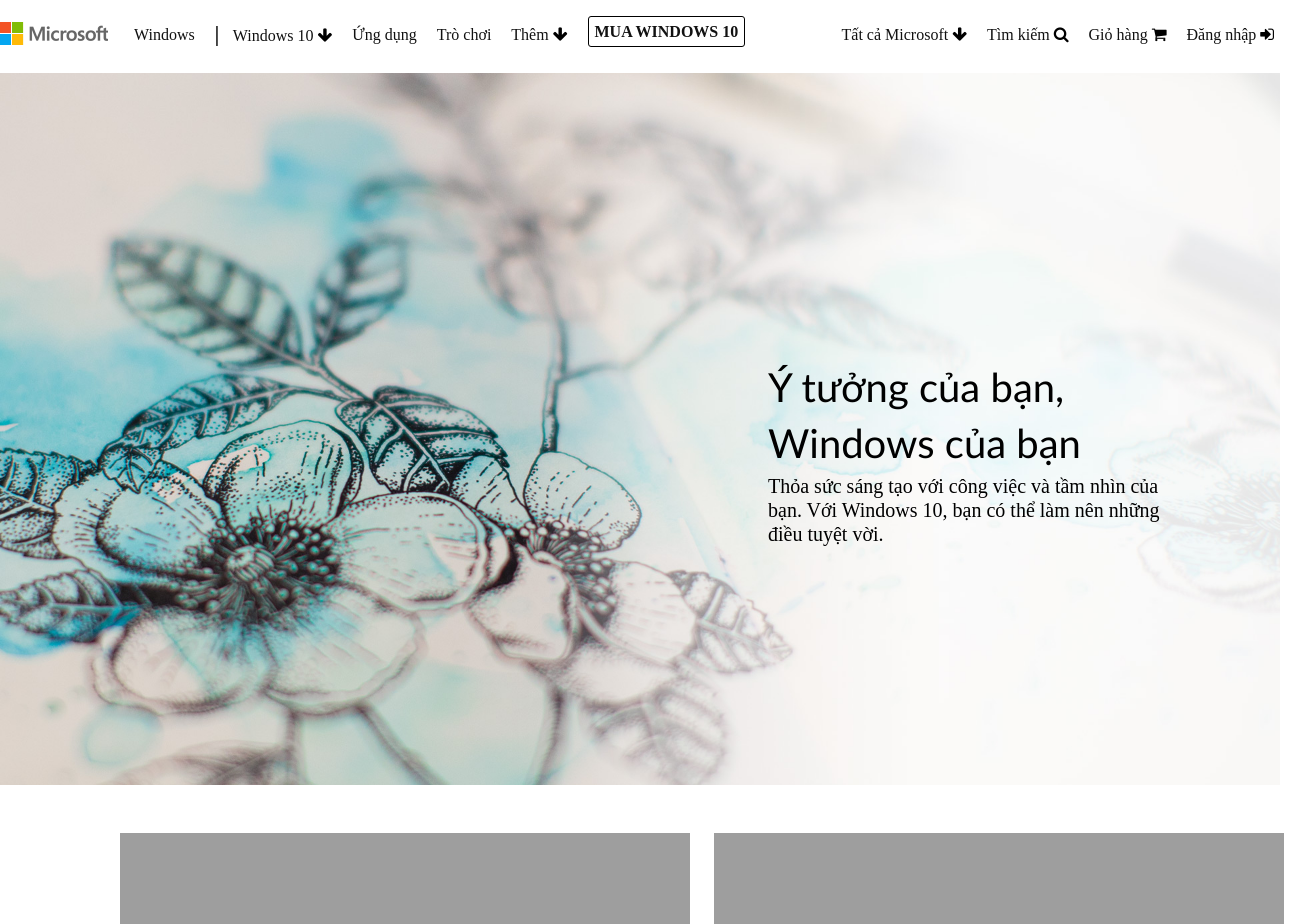
Repository: hoangphuong965/clone-Microsoft---practice
Page: index.html
An editor plug-in stored every save of this project. The page is shown before and after the next save, followed by the edit.
The browser window is 1280 px wide. The page is 1300 px wide, so the pictures cover 1300 px, including what lies to the right of the window. The pictures show the part of the page from y = 0 to 924 px (the page is 1305 px tall).
Pictures or frames that could not be fetched are drawn as grey boxes.

Above is the page before, as saved 2020-06-09 20:02:15.

### index.html
<!DOCTYPE html>
<html lang="en">

<head>
    <meta charset="UTF-8">
    <meta name="viewport" content="width=device-width, initial-scale=1.0">
    <link rel="stylesheet" href="https://maxcdn.bootstrapcdn.com/font-awesome/4.7.0/css/font-awesome.min.css">
    <link rel="stylesheet" href="style.css">
    <title>Khám phá HĐH Windows 10 | Microsoft</title>
</head>

<body>
    <!-- <div class="menu-btn">
        <i class="fa fa-bars" aria-hidden="true"></i>
    </div> -->
    <div class="container">

        <!-- navigation -->
        <nav class="navigation">
            <div class="navigation-left">
                <ul>
                    <div class="logo">
                        <img src="img/logo.png" alt="">
                    </div>
                    <div class="navigation-left-item">
                        <li><a href="">Windows</a></li>
                        <li class="win10">
                            <a href="">Windows 10</a>
                            <i class="fa fa-arrow-down" aria-hidden="true"></i>
                        </li>
                        <li><a href="">Ứng dụng</a></li>
                        <li><a href="">Trò chơi</a></li>
                        <li>
                            <a href="">Thêm</a>
                            <i class="fa fa-arrow-down" aria-hidden="true"></i>
                        </li>
                        <li class="buy">
                            <a href="" id="buy-win">MUA WINDOWS 10</a>
                        </li>
                    </div>
                </ul>
            </div>
            <div class="navigation-right">
                <ul>
                    <div class="navigation-right-item">
                        <li>
                            <a href="">Tất cả Microsoft</a>
                            <i class="fa fa-arrow-down" aria-hidden="true"></i>
                        </li>
                        <li>
                            <a href="">Tìm kiếm</a>
                            <i class="fa fa-search" aria-hidden="true"></i>
                        </li>
                        <li>
                            <a href="">Giỏ hàng</a>
                            <i class="fa fa-shopping-cart" aria-hidden="true"></i>
                        </li>
                        <li>
                            <a href="">Đăng nhập</a>
                            <i class="fa fa-sign-in" aria-hidden="true"></i>
                        </li>
                    </div>
                </ul>
            </div>
        </nav>

        <!-- Showcase -->
        <header class="showcase">
            <div class="showcase-text">
                <h1>Ý tưởng của bạn, Windows của bạn</h1>
                <p>Thỏa sức sáng tạo với công việc và tầm nhìn của bạn. Với Windows 10, bạn có thể làm nên những điều
                    tuyệt vời.</p>
            </div>
        </header>
        <!-- support -->
        <div class="support">
            <div class="using">
                <section class="using-img">
                    <img src="img/h1.jpg" alt="">
                </section>
                <section>
                    <span class="using-text">
                        <h1>Cách sử dụng Windows 10</h1>
                        <p>Dù bạn phải điều chỉnh lịch biểu hoặc phong cách làm việc của mình, Windows 10 đều có các
                            công cụ và tính năng để giúp bạn hoàn thành mọi việc.</p>
                        <a href="#">NHẬN MẸO <i class="fa fa-arrow-right" aria-hidden="true"></i></a>
                    </span>
                </section>
            </div>
            <div class="request">
                <section class="request-img">
                    <img src="img/h2.jpg" alt="">
                </section>
                <section class="request-text">
                    <h1>Yêu cầu hỗ trợ</h1>
                    <p>Bạn cần hỗ trợ về Windows 10? Duyệt xem các câu hỏi thường gặp và diễn đàn hoặc liên hệ với bộ
                        phận hỗ trợ khách hàng qua điện thoại hoặc tính năng trò chuyện. Yêu cầu hỗ trợ để giải quyết
                        vấn đề nhanh chóng.</p>
                    <a href="#">HỖ TRỢ WINDOWS <i class="fa fa-arrow-right" aria-hidden="true"></i></a>
                </section>
            </div>
        </div>
    </div>

</body>

</html>

### style.css
* {
  margin: 0;
  padding: 0;
  box-sizing: border-box;
}

.container {
  margin: auto;
}

a {
  text-decoration: none;
  color: #111111;
  padding-bottom: 2px;
}
a:hover {
  border-bottom: 2px solid black;
}
/* navigation */
.navigation {
  display: flex;
  justify-content: space-between;
  margin: auto;
  width: 1300px;
}
.logo img {
  margin-top: 1.4rem;
  max-width: none;
  width: 108px;
}
.navigation-right-item,
.navigation-left-item {
  display: flex;
  margin: 1rem;
}
.navigation-right-item li,
.navigation-left-item li {
  list-style: none;
  margin: 10px;
}
.navigation-right ul,
.navigation-left ul {
  display: flex;
}
.win10 {
  margin-top: 7px !important;
}
.win10::before {
  content: "|";
  margin-right: 10px;
  font-weight: bold;
  font-size: 20px;
}
.buy {
  border: 1px solid;
  border-radius: 3px;
  height: 31px;
  padding: 6px;
  margin-top: 0px !important;
  font-weight: 600;
}
#buy-win:hover {
  text-decoration: underline !important;
  border-bottom: none;
}


/* showcase */
.showcase {
  position: relative;
  width: 100%;
  height: 712px;
  background: url(img/banner1.jpg) no-repeat center center/cover;
}
.showcase-text {
  position: absolute;
  width: 25rem;
  left: 60%;
  top: 35%;
}
.showcase-text h1 {
  font-size: 40px;
  line-height: 56px;
  padding: 37px 0 3px;
  font-weight: normal;
  font-family: 'Trebuchet MS', 'Lucida Sans Unicode', 'Lucida Grande', 'Lucida Sans', Arial, sans-serif;
}
.showcase-text p {
  font-size: 20px;
  line-height: 24px;
  font-family: 'Times New Roman', Times, serif;
}

/* support */
.support{
  display: grid;
  grid-template-columns: auto auto;
  grid-gap: 24px;
  padding: 3rem 120px;

}

.using-img img,
.request-img img{
  width: 570px;
  height: 321px;
}

After the next save:
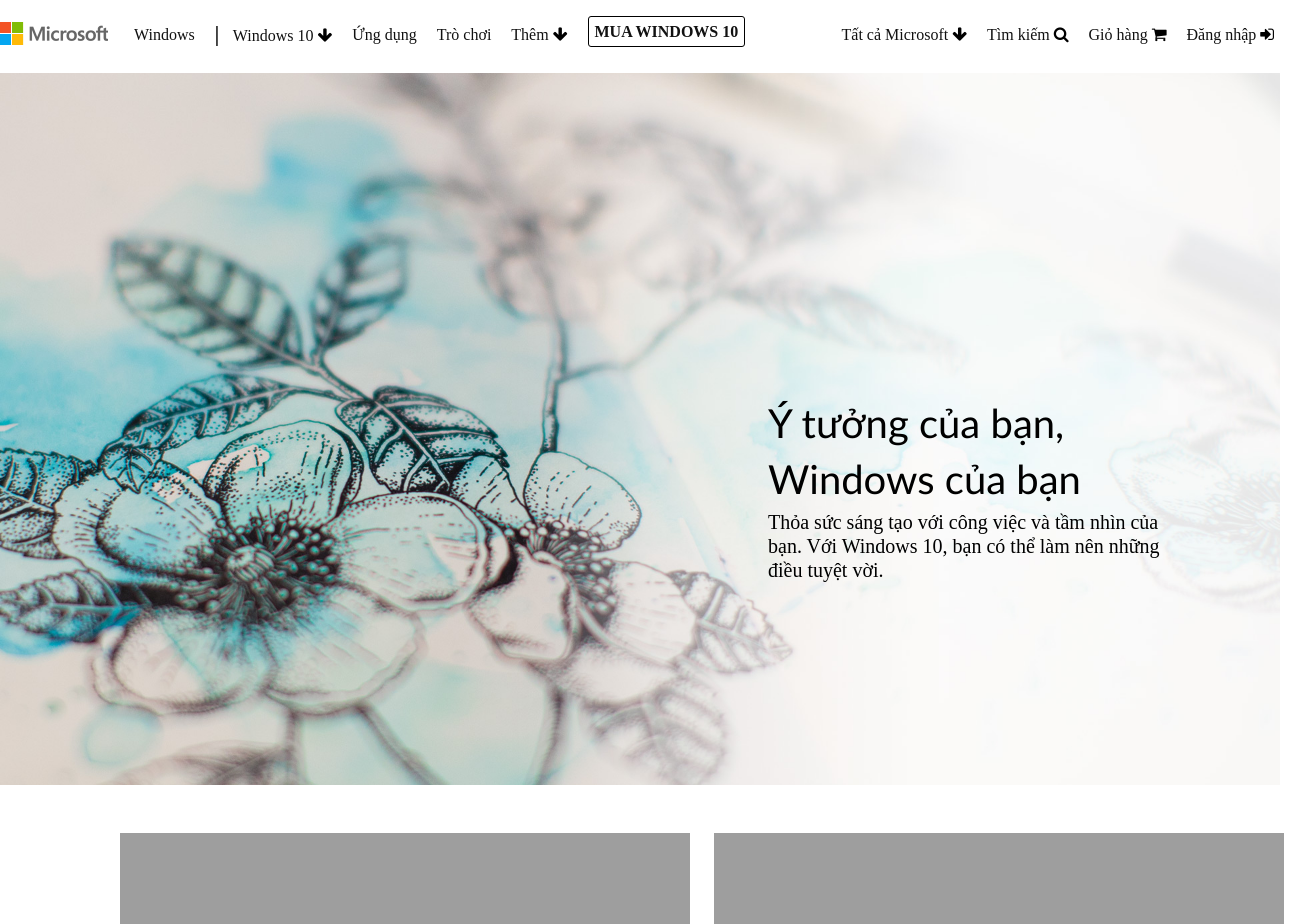
Saved 56 s later.
--- a/style.css
+++ b/style.css
@@ -76,7 +76,7 @@
   position: absolute;
   width: 25rem;
   left: 60%;
-  top: 35%;
+  top: 40%;
 }
 .showcase-text h1 {
   font-size: 40px;
